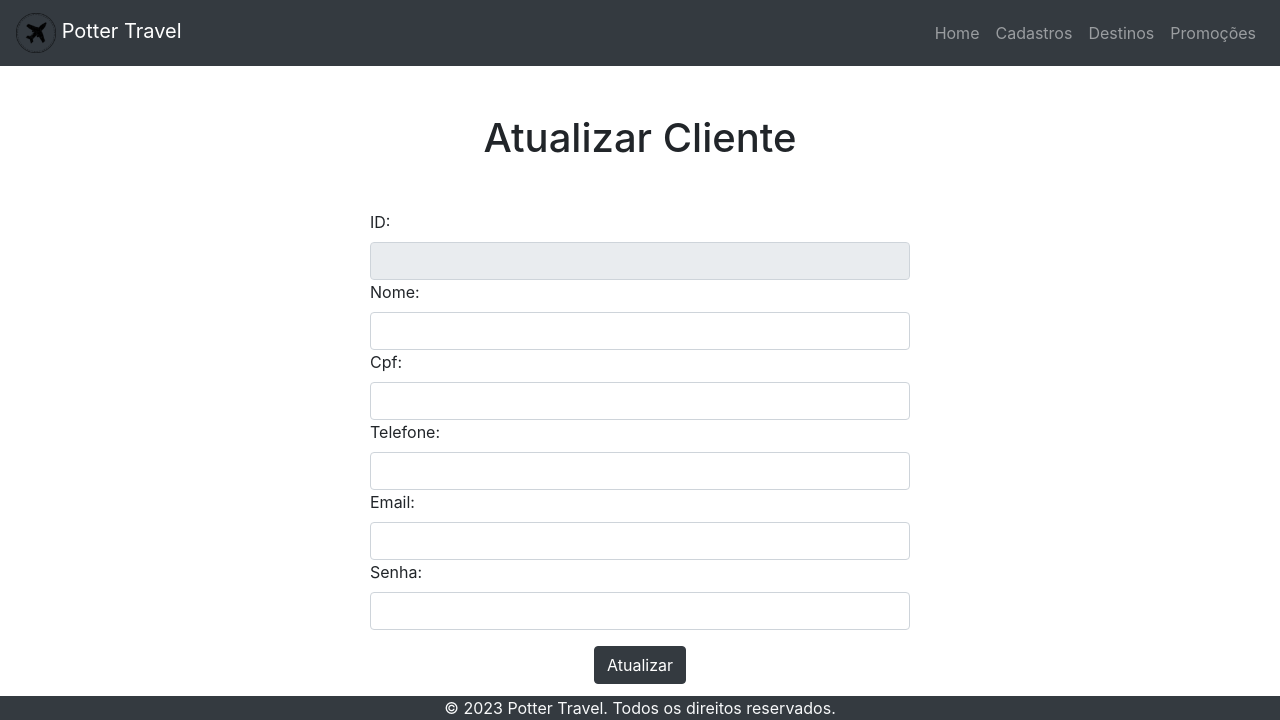
Repository: marcelledssantos/PotterTravel-MVC
Page: http://localhost/PotterTravel-MVC/atualizar.jsp
The author's editor kept a copy of each file at every save. The page is drawn from the files as they stood at one save, then again after the next save.
The browser window is 1280 px wide. The pictures show the whole page.
Some web libraries are served in a nearby version. The page is served by Tomcat 9. Other server files are loaded and not shown. The template is opened directly, without the code that normally fills it, so the values that code supplies are empty.

Above is the page before, as saved 2023-11-03 00:45:52.

### PotterTravel-MVC/src/main/webapp/atualizar.jsp
<%@ page language="java" contentType="text/html; charset=UTF-8"
	pageEncoding="UTF-8"%>
	<%@ taglib uri="http://java.sun.com/jsp/jstl/core" prefix="jstl"%>
<!DOCTYPE html>
<html>
<head>
<meta charset="UTF-8">
<link rel="icon" type="image/x-icon" href="./icon/favicon.ico">
<link rel="stylesheet" href="https://maxcdn.bootstrapcdn.com/bootstrap/4.5.2/css/bootstrap.min.css">
<title>Update</title>
</head>
<body>
    <!-- Cabeçalho -->
   <header>
		<nav class="navbar navbar-expand-lg navbar-dark  bg-dark text-light">
			 <a class="navbar-brand" href="#">
            <img src="Icon/aviao.png" width="40" height="40" class="d-inline-block align-center" alt="Logo">
            Potter Travel</a>
        <button class="navbar-toggler" type="button" data-toggle="collapse" data-target="#navbarNav"
            aria-controls="navbarNav" aria-expanded="false" aria-label="Toggle navigation">
            <span class="navbar-toggler-icon"></span>
        </button>
				<div class="collapse navbar-collapse" id="navbarNav">
					<ul class="navbar-nav ml-auto">
						<li class="nav-item"><a class="nav-link" href="index.html">Home</a>
						</li>
						<li class="nav-item"><a class="nav-link"
							href="./ReadController">Cadastros</a></li>
						<li class="nav-item"><a class="nav-link" href="#">Destinos</a></li>
						<li class="nav-item"><a class="nav-link" href="#">Promoções</a>
						</li>
					</ul>
				</div>
			</div>
		</nav>
	</header>

	<div class="container">
		<div class="row justify-content-center">
			<div class="col-md-6">
				<h1 class="mt-5 text-center" >Atualizar Cliente</h1>
				<form class="mt-5" action="UpdateController" method="post">

					<div class="form-group">

						<label for="nome">ID:</label> <input type="text"
							class="form-control" id="id" name="id" value="${cliente.id}" readonly>

						<label for="nome">Nome:</label> <input type="text" class="form-control" id="nome" name="nome" required>

						<label for="nome">Cpf:</label> <input type="text" class="form-control"
							id="cpf" name="cpf" required>

						<label for="nome">Telefone:</label> <input type="text" class="form-control" id="telefone"
							name="telefone" required>

						<label for="login">Email:</label> <input type="email" class="form-control" id="email" name="email"
							required>

						<label for="senha">Senha:</label> <input type="password" class="form-control" id="senha" name="senha"required>

					</div>

					<div class="col-12 text-center">
						<button type="submit" class="btn btn-dark mx auto">Atualizar</button>
					</div>

				</form>
			</div>
		</div>
	</div>

	 <!-- Rodapé -->

	<footer class="bg-dark text-light text-center mt -5 fixed-bottom">
		&copy; 2023 Potter Travel. Todos os direitos reservados. </footer>


	<script src="https://code.jquery.com/jquery-3.5.1.slim.min.js"></script>
	<script
		src="https://cdn.jsdelivr.net/npm/@popperjs/core@2.5.3/dist/umd/popper.min.js"></script>
	<script
		src="https://maxcdn.bootstrapcdn.com/bootstrap/4.5.2/js/bootstrap.min.js"></script>

</body>
</html>

After the next save:
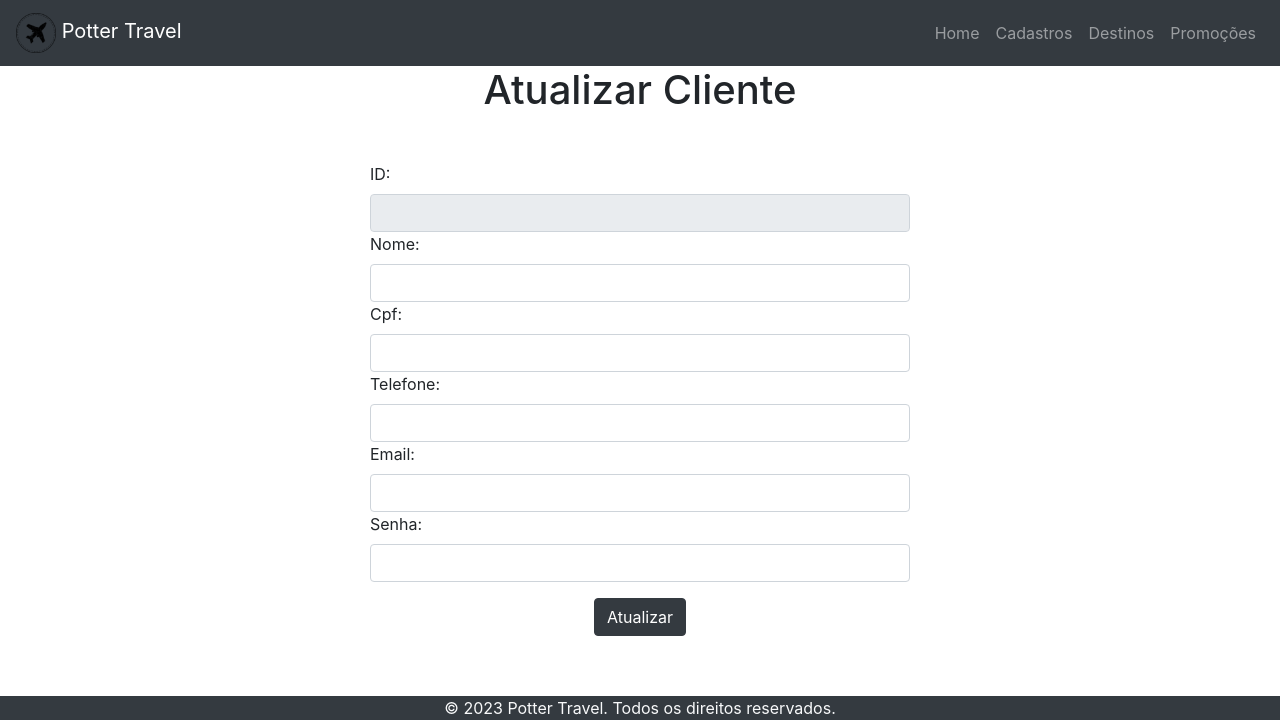
Saved 11 s later.
--- a/PotterTravel-MVC/src/main/webapp/atualizar.jsp
+++ b/PotterTravel-MVC/src/main/webapp/atualizar.jsp
@@ -38,7 +38,7 @@
 	<div class="container">
 		<div class="row justify-content-center">
 			<div class="col-md-6">
-				<h1 class="mt-5 text-center" >Atualizar Cliente</h1>
+				<h1 class="mt-6 text-center" >Atualizar Cliente</h1>
 				<form class="mt-5" action="UpdateController" method="post">
 
 					<div class="form-group">

After the save that followed:
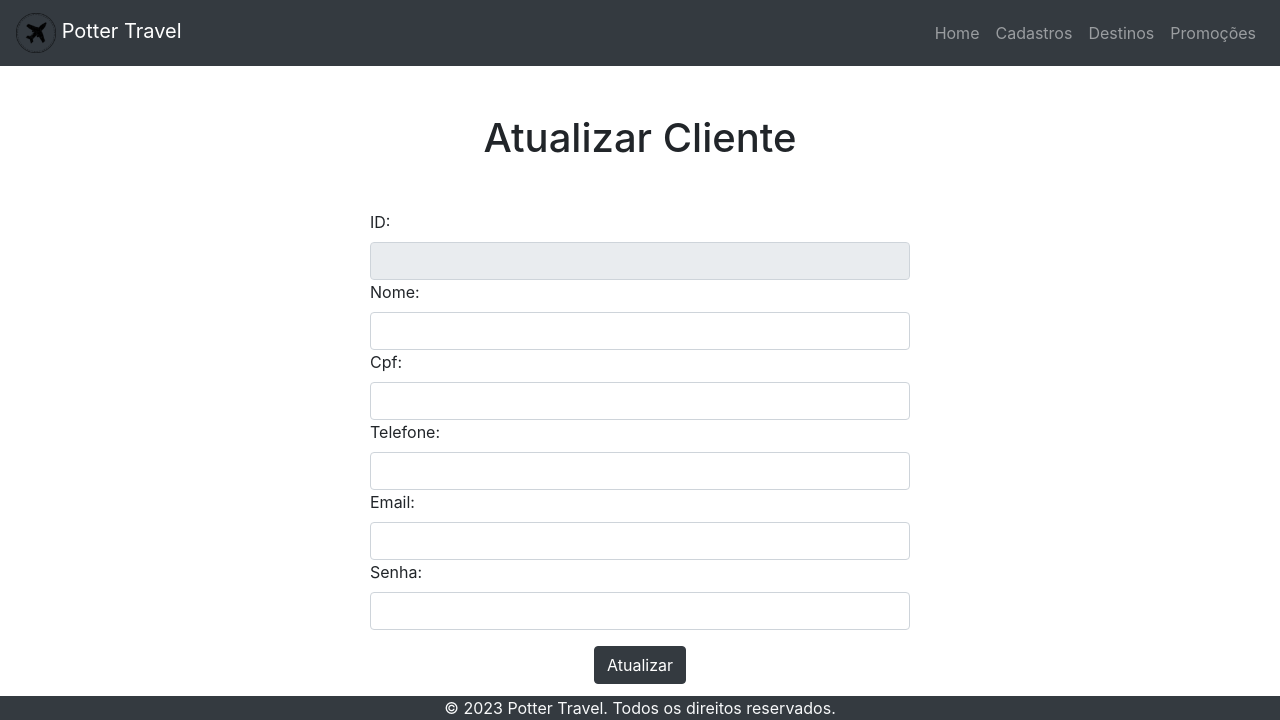
Saved 16 s later.
--- a/PotterTravel-MVC/src/main/webapp/atualizar.jsp
+++ b/PotterTravel-MVC/src/main/webapp/atualizar.jsp
@@ -38,7 +38,7 @@
 	<div class="container">
 		<div class="row justify-content-center">
 			<div class="col-md-6">
-				<h1 class="mt-6 text-center" >Atualizar Cliente</h1>
+				<h1 class="mt-5 text-center" >Atualizar Cliente</h1>
 				<form class="mt-5" action="UpdateController" method="post">
 
 					<div class="form-group">
